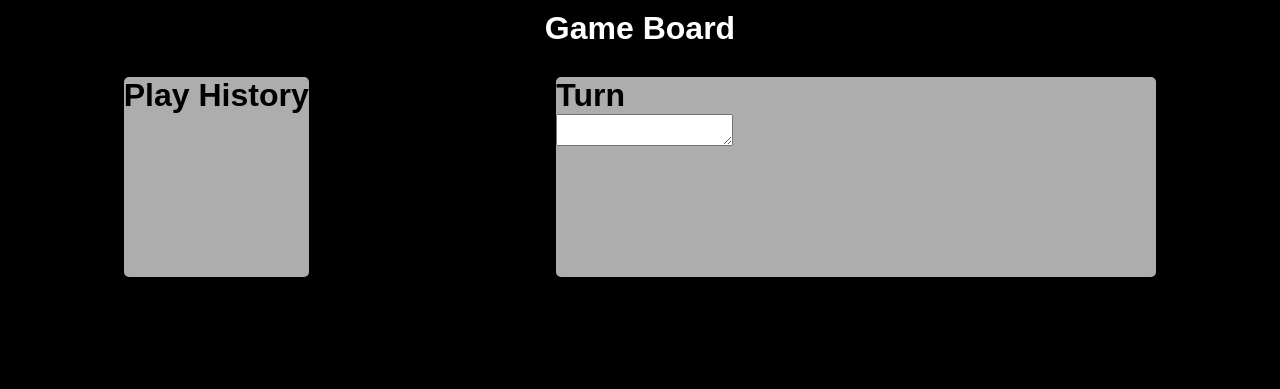
Repository: programmer686/Mastermind-with-Next.js
Page: /, after clicking the first element matching `button.StartScreen_51d34_startscreen__play_button`
These files come from the project's save history. The page is drawn as it stood at one moment and after the next save; the edit follows.
The browser window is 1280 px wide. The pictures show the whole page.
The project was rebuilt for these pictures with package versions that can differ from the ones it lists, and the page was loaded fresh each time. The framework's server and built-in components were replaced by stand-ins that run in the browser. Also part of the build but not shown: next.config.js, src/styles/StartScreen.module.css.

Above is the page before, as saved 2023-07-15 19:47:37.

After the next save:
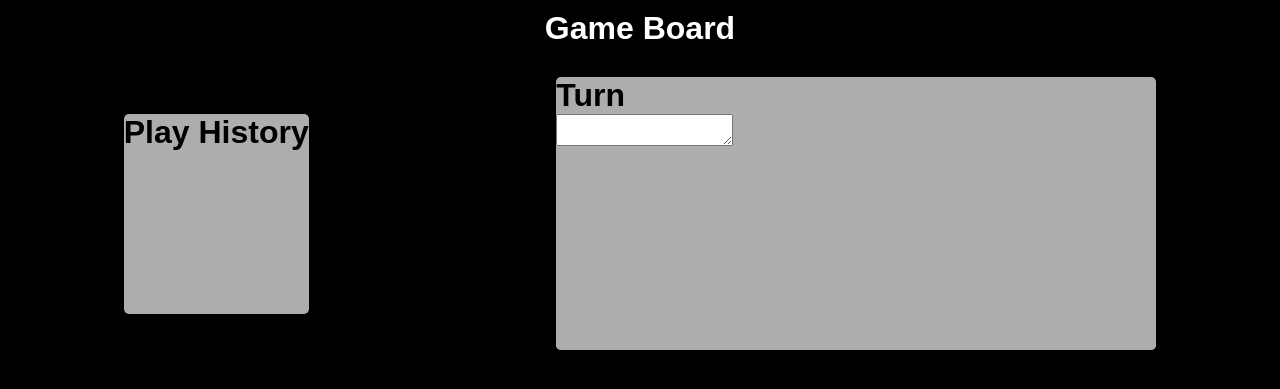
Saved 32 s later.
--- a/src/comps/GamePlay.js
+++ b/src/comps/GamePlay.js
@@ -5,7 +5,7 @@
         <main className={styles.GamePlay__board }>
             <h1 className={styles.GamePlay__title}>Turn</h1>
             <textarea onChange={props.handleInput}/>
-            <p>{props.toManyCharacters}</p>
+            <p className={styles.GamePlay__board }>{props.toManyCharacters}</p>
         </main>
     )
 }

After the save that followed:
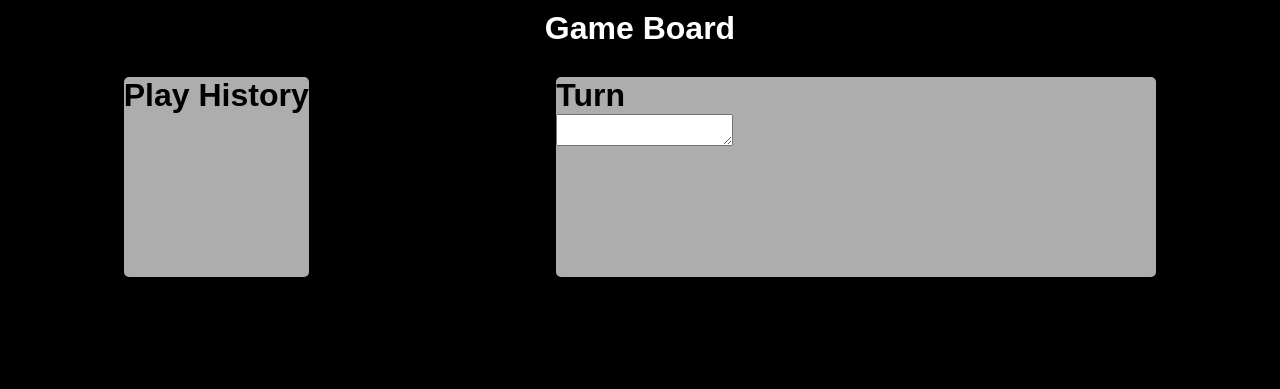
Saved 16 s later.
--- a/src/comps/GamePlay.js
+++ b/src/comps/GamePlay.js
@@ -5,7 +5,7 @@
         <main className={styles.GamePlay__board }>
             <h1 className={styles.GamePlay__title}>Turn</h1>
             <textarea onChange={props.handleInput}/>
-            <p className={styles.GamePlay__board }>{props.toManyCharacters}</p>
+            <p className={styles.GamePlay__title}>{props.toManyCharacters}</p>
         </main>
     )
 }
